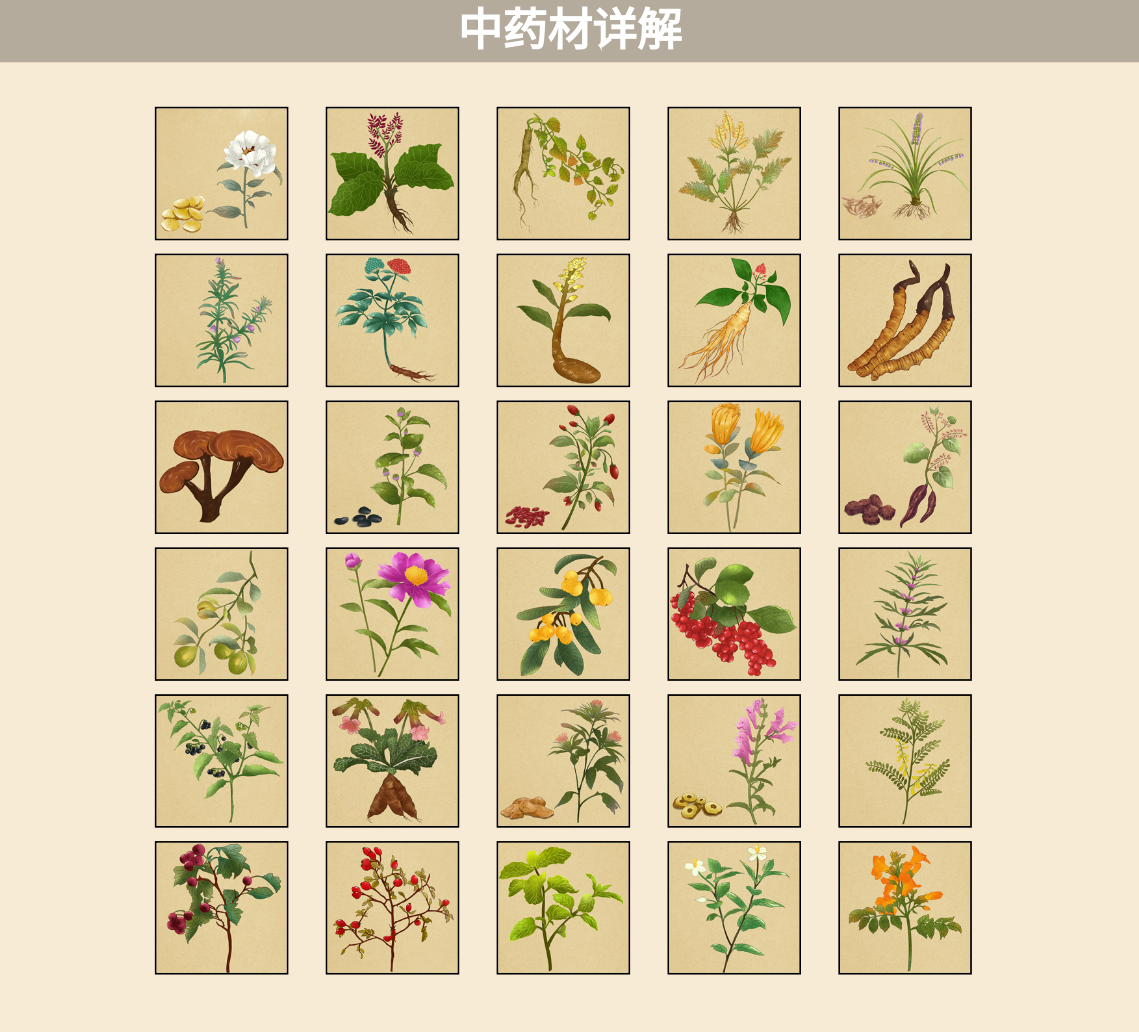
Repository: chjyume/zhongyi
Page: yaocai.html
The author's editor kept a copy of each file at every save. The page is drawn from the files as they stood at one save, then again after the next save.
The browser window is 1280 px wide. The pictures show the whole page, at 89% of full size.

Above is the page before, as saved 2023-09-11 22:03:44.

After the next save:
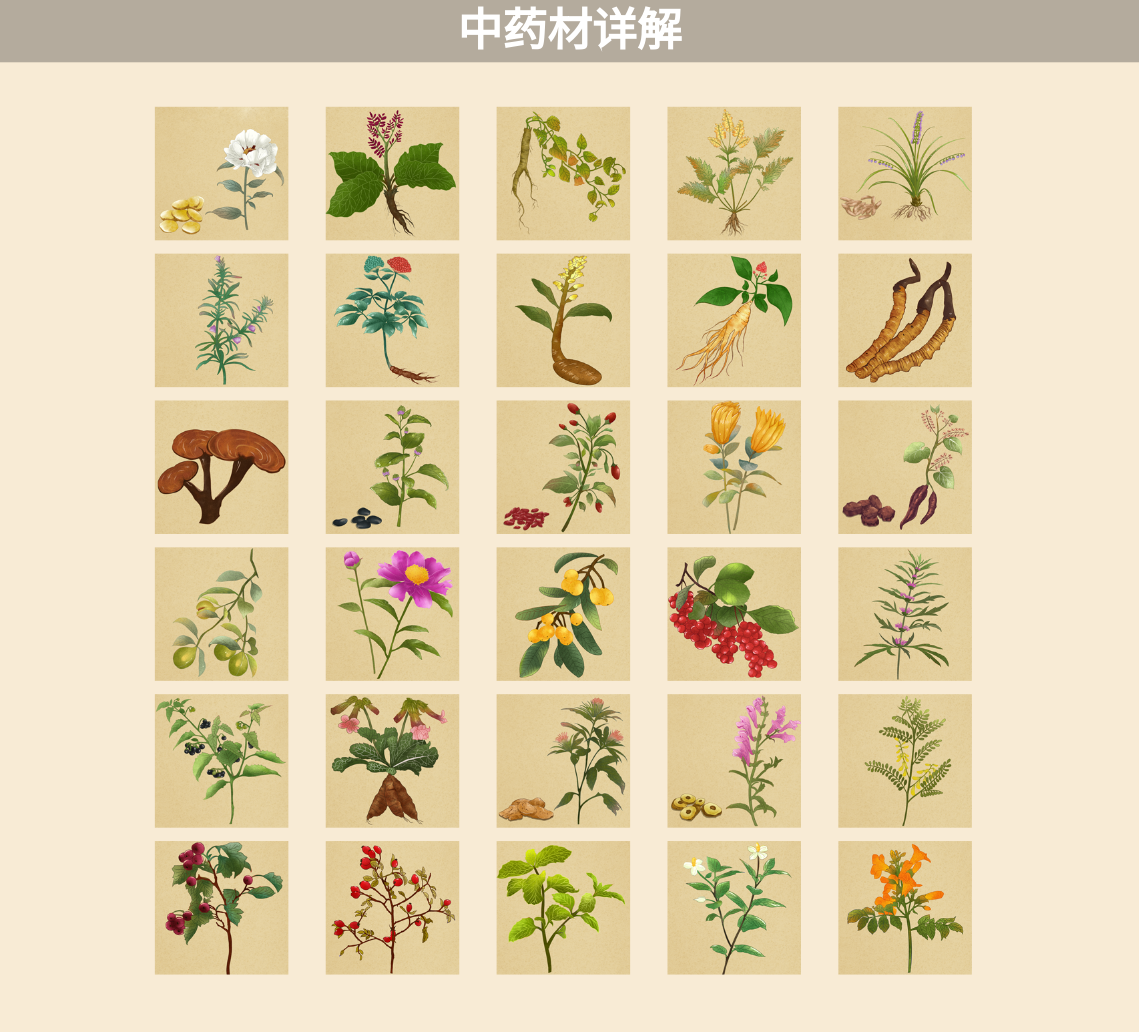
Saved 51 s later.
--- a/css/yaocai.css
+++ b/css/yaocai.css
@@ -92,7 +92,6 @@ div:active,section:active{
   height: 150px;
   position: relative;
   margin: 0 15px 15px 0;
-  border: 2px solid #000;
 }
 .container .boxItem > a {
   position: absolute;
